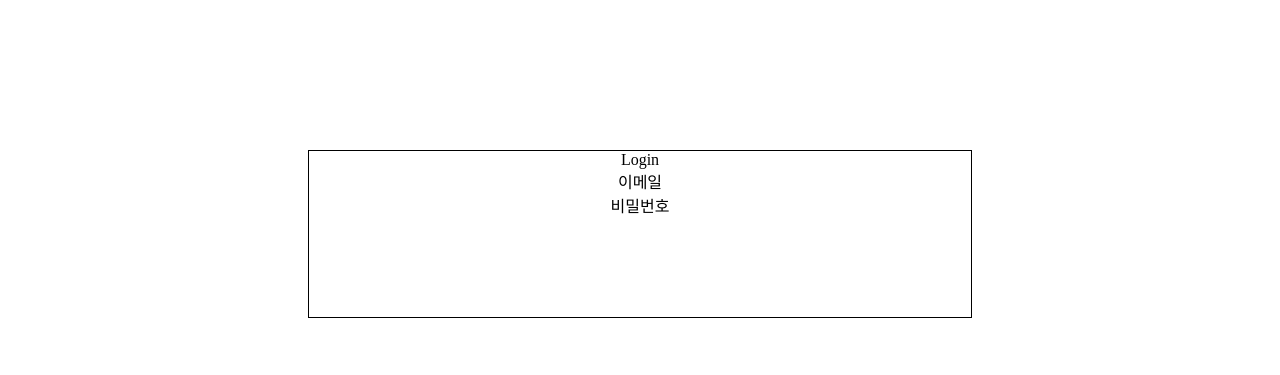
Repository: smandkd/Multicampus_Frontend
Page: http://localhost/Mulcam_Project/jsp/login.jsp
An editor plug-in stored every save of this project. The page is shown before and after the next save, followed by the edit.
The browser window is 1280 px wide. The pictures show the whole page.
The page is served by Tomcat 9.

Above is the page before, as saved 2022-01-30 01:58:15.

### Mulcam_Project/jsp/login.jsp
<%@ page contentType="text/html; charset=utf-8"
    pageEncoding="EUC-KR"%>
<!DOCTYPE html>
<html>
<head>
<meta name="viewport" content="width=device-width, initial-scale=1.0">
<style type="text/css">
.a {
	text-align:center;
	margin-right:300px;
	margin-left:300px;
	margin-top:150px;
	border:1px solid;
}
.b {
	padding-bottom:100px;
}
</style>
</head>
<body>

<div class="a">
	Login
	<div class="b">
		이메일
		<br/>
		비밀번호
	</div>
</div>
</body>
</html>

After the next save:
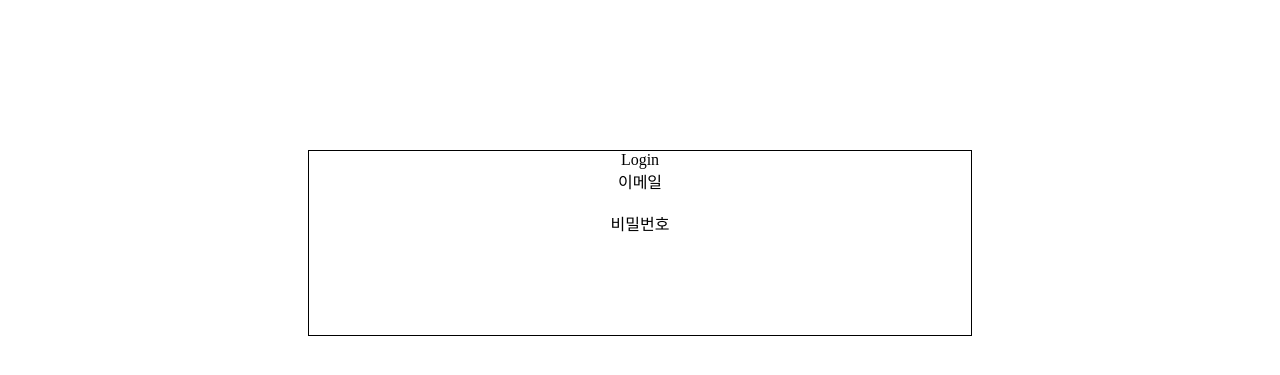
Saved 43 s later.
--- a/Mulcam_Project/jsp/login.jsp
+++ b/Mulcam_Project/jsp/login.jsp
@@ -22,9 +22,9 @@
 <div class="a">
 	Login
 	<div class="b">
-		이메일
+		<div>이메일</div>
 		<br/>
-		비밀번호
+		<div>비밀번호</div>
 	</div>
 </div>
 </body>
